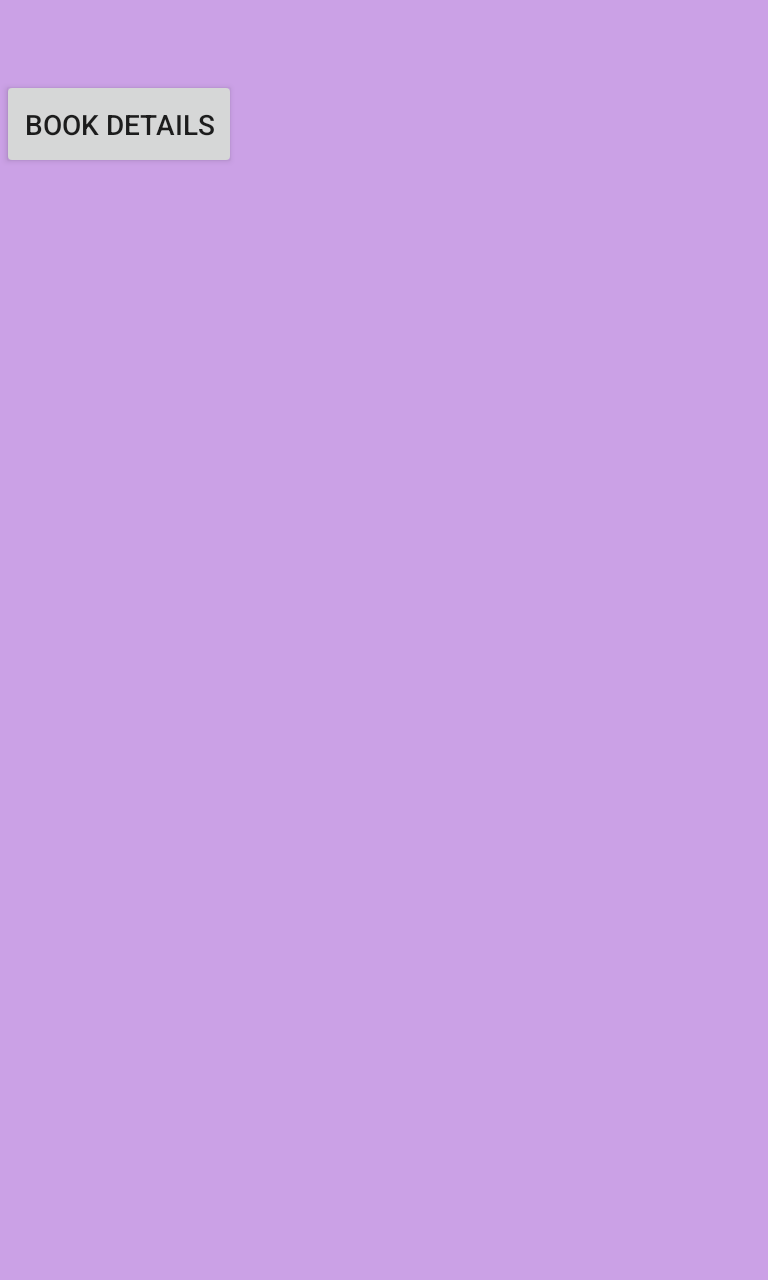
Repository: arianaantonio/MDF3_Antonio
Layout: Readable/res/layout/widget_layout.xml
The author's editor kept a copy of each file at every save. The layout is drawn from the files as they stood at one save, then again after the next save.
It is drawn on a 768 x 1280 px phone screen (xhdpi) without system bars, with theme AppTheme; the app's code is not run.

Above is the layout before, as saved 2014-08-20 01:44:19.

After the next save:
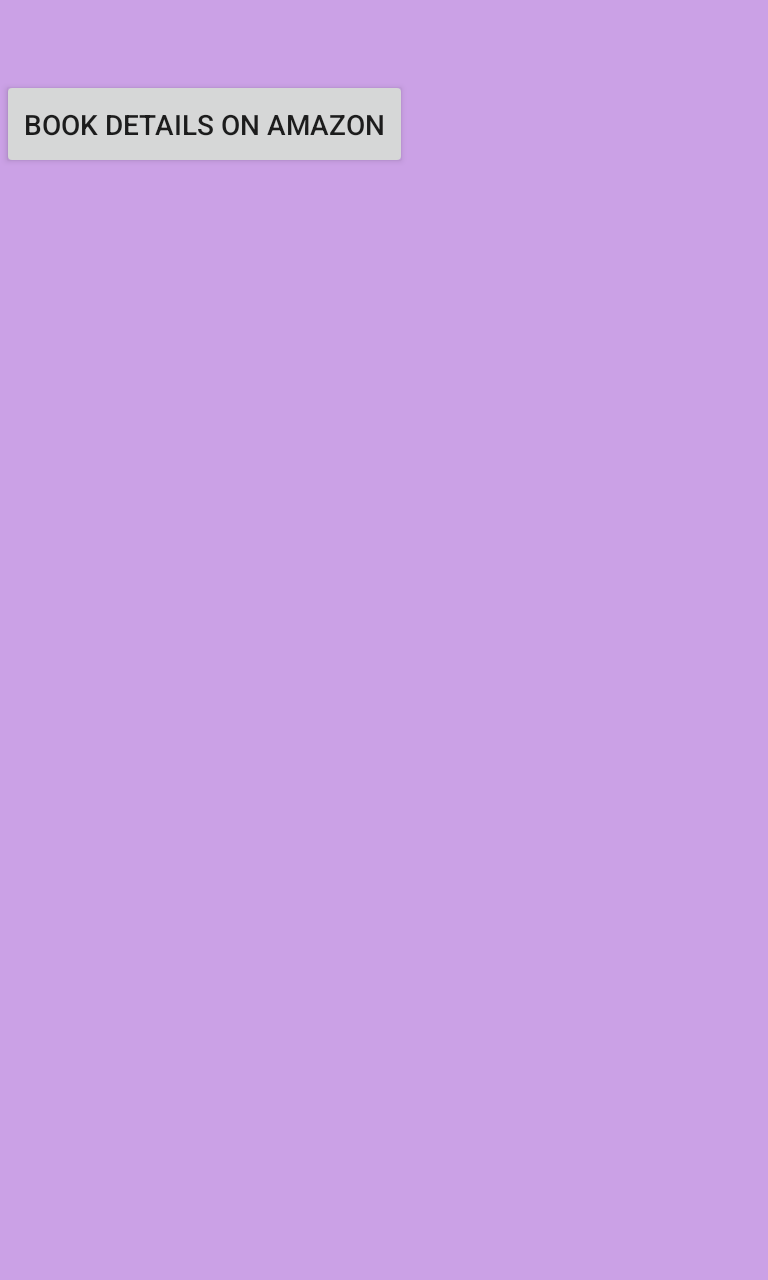
Saved 16 s later.
--- a/Readable/res/values/strings.xml
+++ b/Readable/res/values/strings.xml
@@ -8,7 +8,7 @@
     <string name="backgroundColor">Choose A Background Color:</string>
     <string name="button">Save Settings</string>
     <dimen name="widget_margin">8dp</dimen>
-    <string name="widget_button">Book Details</string>
+    <string name="widget_button">Book Details On Amazon</string>
     <string name="detailactivity">Book Details</string>
 
 </resources>
